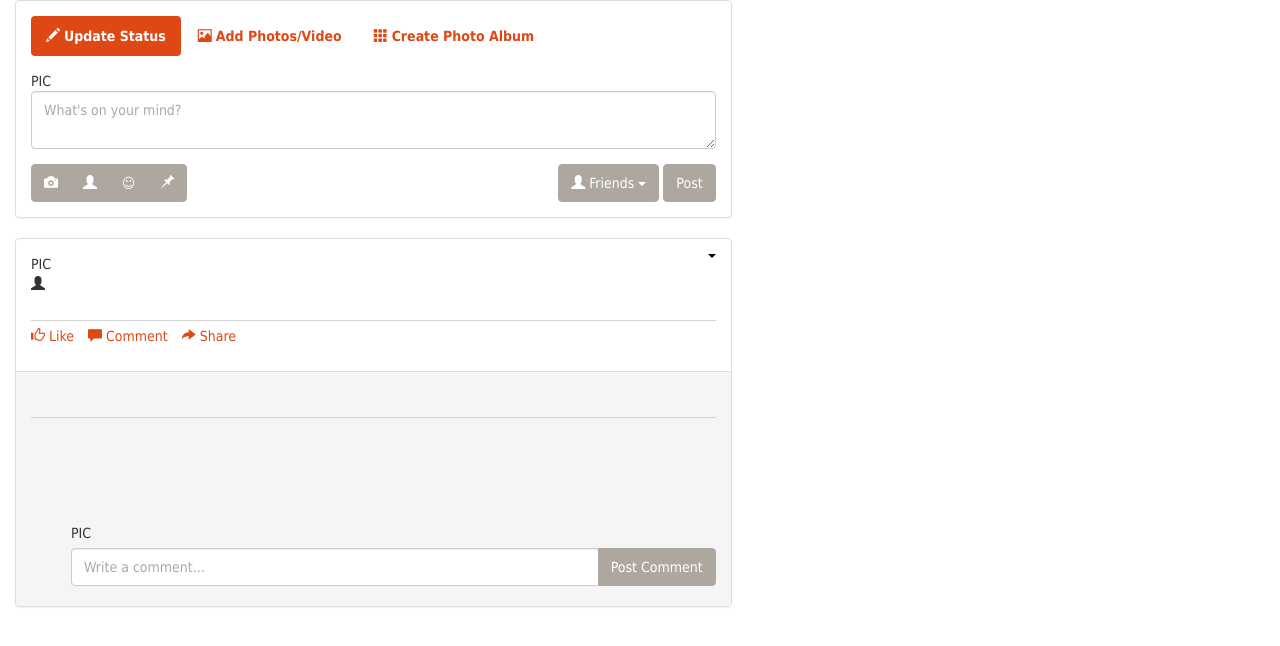
Repository: harshagithub19/news_feed
Page: fbapp3/src/main/webapp/newcheck.html
These files come from the project's save history. The page is drawn as it stood at one moment and after the next save; the edit follows.
The browser window is 1280 px wide. The pictures show the whole page.
The page's requests for data from a server got no answer. Some web fonts or font styles are not loaded; a fallback is used. Some web libraries are served in a nearby version.

Above is the page before, as saved 2017-03-05 04:30:23.

After the next save:
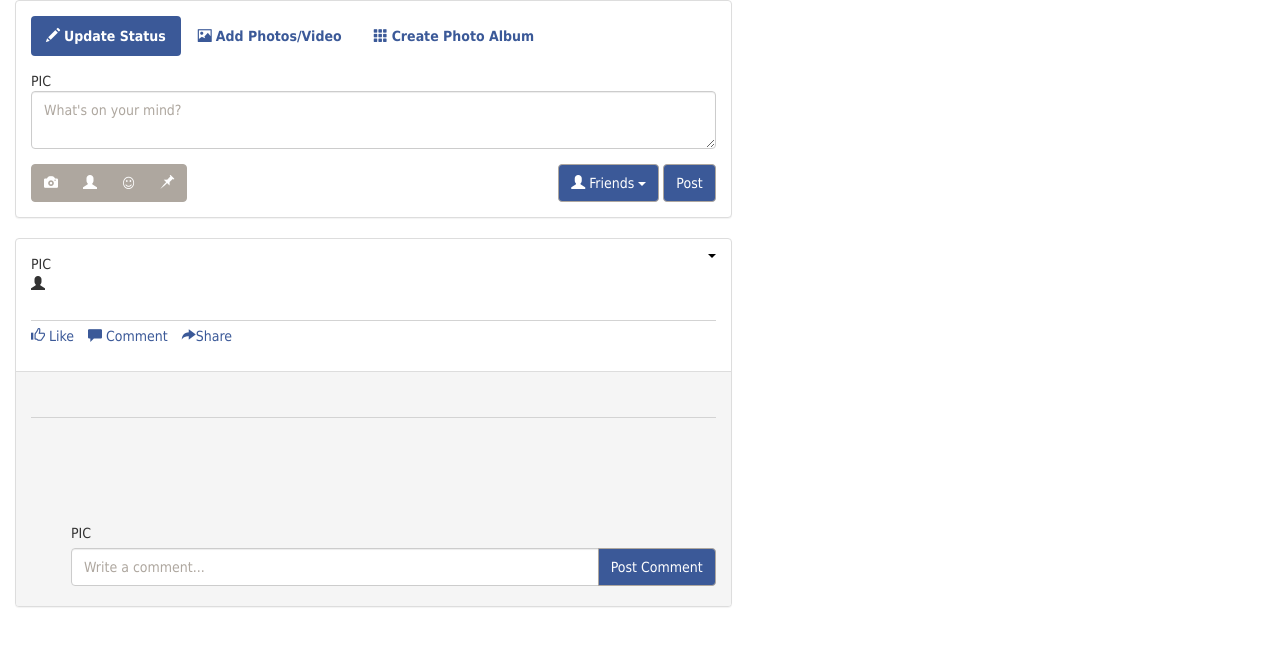
Saved 4 s later.
--- a/fbapp3/src/main/webapp/newcheck.html
+++ b/fbapp3/src/main/webapp/newcheck.html
@@ -11,9 +11,6 @@
 <script type="text/javascript" src="http://cdn.jsdelivr.net/jquery.cookie/1.3.1/jquery.cookie.js"></script>
 <link href="bootstrap/css/bootstrap.css" rel="stylesheet" />
 <link href="assets/css/bootstrap-united.css" rel="stylesheet" />
-
-
-
 <style type="text/css" >
   hr {
   margin-top: 5px;
@@ -83,8 +80,6 @@
 	                	   }
 	                	   output += "</ul>";
   	                	   $("#output").html(output);
-
-
   	                       /***
 
 
@@ -131,16 +126,16 @@
 
   	    $('a[href="#thumbs-up"]').click(function(e){
 
-
+  	       //-- $('.like_class').html(function(i,val){
   	    	 e.preventDefault();
   		    //$('a[href="#thumbs-up"]').on('click', 'span.glyphicon glyphicon-thumbs-up',function() {
-  			// $('.like_class').html(function(i,val){
+
   		    //var reference = this;
 
   		     minclose();
 
 
-  		      // return val*1+1
+  		      // ---return val*1+1
   		     //});
   	      });
   	    $("#commentAdd").click(function(e){
@@ -148,6 +143,7 @@
 	        //get the form data using another method
 	           e.preventDefault();
 	           var comment_desc=$("input#comment_d").val();  //comment_d is id set in line 368
+	           $("input#comment_d").val('');
 	            var obj = {statusID:2,userID:22,comment_desc:comment_desc};
 	        	var myJSON = JSON.stringify(obj);
 	            $.ajax({
@@ -163,6 +159,7 @@
 	                     if(resp==true){
 
 	                  	  alert("Comment added successfully");
+
 	                  	  }
 	                     else
 	                  	   {alert("error mode");
@@ -192,9 +189,9 @@
   	  $("#statusAdd").click(function(e){
 
 	        //get the form data using another method
-	           var status_desc=$("input#status_d").val();
-	            alert(status_desc)
-	            var obj = { status_desc:status_desc,author_id:21};   //author id is of user currently logged in
+	           var status_desc=$("textarea#status_d").val();
+	            alert(status_desc);
+	            var obj = { status_desc:status_desc,author_id:33};   //author id is of user currently logged in
 	        	var myJSON = JSON.stringify(obj);
 	            $.ajax({
 
@@ -281,13 +278,13 @@
 
 	    <ul class="nav nav-pills">
 	      <li role="presentation" class="active">
-	        <a href="#"><span class="glyphicon glyphicon-pencil"></span> <strong>Update Status</strong></a>
+	        <a href="#" style="background-color:#3b5998"><span class="glyphicon glyphicon-pencil"></span> <strong>Update Status</strong></a>
 	      </li>
 	      <li role="presentation">
-	        <a href="#"><span class="glyphicon glyphicon-picture"></span> <strong>Add Photos/Video</strong></a>
+	        <a href="#" ><span class="glyphicon glyphicon-picture" style="color:#3b5998"></span> <strong><font color="#3b5998">Add Photos/Video</font></strong></a>
 	      </li>
 	      <li role="presentation">
-	        <a href="#"><span class="glyphicon glyphicon-th"></span> <strong>Create Photo Album</strong></a>
+	        <a href="#"><span class="glyphicon glyphicon-th" style="color:#3b5998"></span> <strong><font color="#3b5998">Create Photo Album</font></strong></a>
 	      </li>
 	    </ul>
 
@@ -323,10 +320,10 @@
 		  </div>
 		  <div class="col-md-6">
 		    <div class="pull-right">
-		      <button type="button" class="btn btn-default">
+		      <button type="button" class="btn btn-default" style="background-color:#3b5998">
 		        <span class="glyphicon glyphicon-user"></span> Friends <span class="caret"></span>
 		      </button>
-		      <button type="button" id="statusAdd" class="btn btn-default">
+		      <button type="button" id="statusAdd" class="btn btn-default" style="background-color:#3b5998">
 		        Post
 		      </button>
 		    </div>
@@ -367,13 +364,13 @@
 		  <div class="col-md-12">
 		    <ul class="list-inline">
 		      <li>
-		      <a href="#thumbs-up"><span class="glyphicon glyphicon-thumbs-up"></span> Like</a>
+		      <a href="#thumbs-up"><span class="glyphicon glyphicon-thumbs-up" style="color:#3b5998"></span> <font color="#3b5998">Like</font></a>
 		      </li>
 		      <li>
-		      <a href="#"><span class="glyphicon glyphicon-comment"></span> Comment</a>
+		      <a href="#"><span class="glyphicon glyphicon-comment" style="color:#3b5998"></span> <font color="#3b5998">Comment</font></a>
 		      </li>
 		      <li>
-		      <a href="#"><span class="glyphicon glyphicon-share-alt"></span> Share</a>
+		      <a href="#"><span class="glyphicon glyphicon-share-alt" style="color:#3b5998"></span><font color="#3b5998">Share</font></a>
 		      </li>
 		    </ul>
 		  </div>
@@ -406,7 +403,7 @@
         <div class="input-group">
           <input type="text" class="form-control" id="comment_d" placeholder="Write a comment...">
           <span class="input-group-btn">
-            <button type="button" class="btn btn-default" id="commentAdd">
+            <button type="button" class="btn btn-default" id="commentAdd" style="background-color:#3b5998">
               Post Comment
             </button>
           </span>
